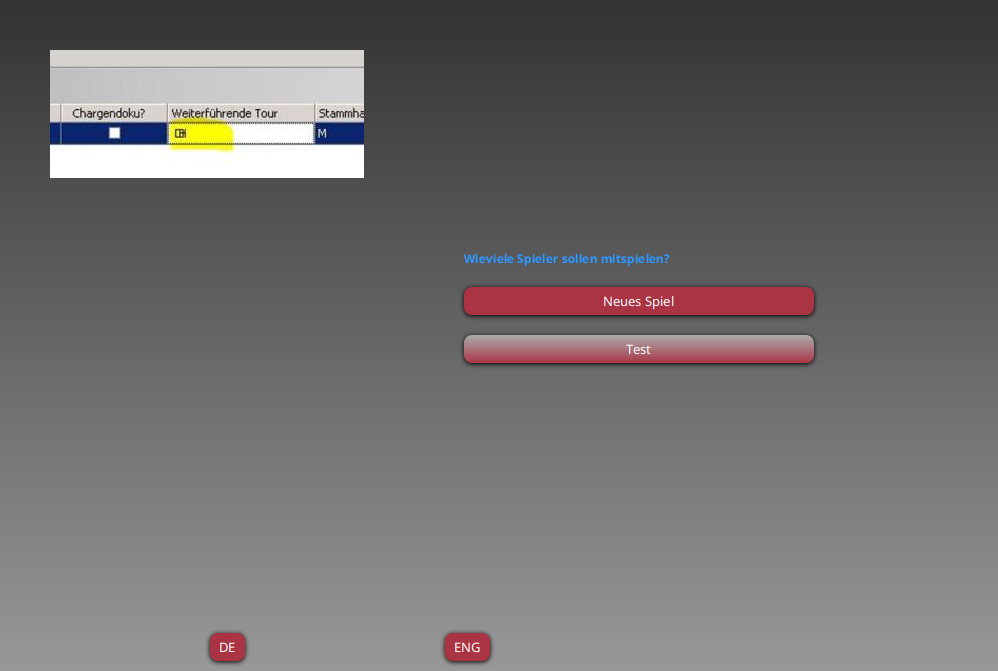
Repository: berger-designz/MenschAergereDichNicht
Program's window: java MenschAergereDichNicht/src/Game_GUI/GUI_Primary.java
The author's editor kept a copy of each file at every save. The program's window is drawn from the files as they stood at one save, then again after the next save.
It runs on Java 21 on a 1366 x 768 screen with JavaFX 11; the title bar is not drawn. It also reads MenschAergereDichNicht/src/style/test_pic_1.jpg.

Above is the program's window before, as saved 2016-05-25 13:39:57.

### MenschAergereDichNicht/src/Game_GUI/GUI_Primary.java
package Game_GUI;

import java.io.File;
import java.io.IOException;

import javafx.application.Application;
import javafx.application.Platform;
import javafx.collections.FXCollections;
import javafx.collections.ObservableList;
import javafx.event.EventHandler;
import javafx.fxml.FXMLLoader;
import javafx.geometry.Insets;
import javafx.scene.Scene;
import javafx.scene.control.Button;
import javafx.scene.control.Label;
import javafx.scene.control.ListView;
import javafx.scene.control.ToolBar;
import javafx.scene.image.Image;
import javafx.scene.image.ImageView;
import javafx.scene.layout.BorderPane;
import javafx.scene.layout.HBox;
import javafx.scene.layout.VBox;
import javafx.scene.paint.Color;
import javafx.scene.text.Font;
import javafx.scene.text.FontWeight;
import javafx.stage.Stage;
import javafx.stage.WindowEvent;

public class GUI_Primary extends Application
{

	private static Label top_label;
	private static Label bottom_label;
	private static Button gameStart_Button;
	private static Button test_button;
	private static Button lang_de_Button;
	private static Button lang_en_Button;
	private static ToolBar main_toolbar;

	public void startView(){
		// show GUI (JavaFX)
		String value = ""; // TODO: Welcher wert muss da sein ?
		launch(value);
		System.out.println("started");

	}

	@Override
	public void start(Stage stage) throws Exception
	{
		/*Image img1 = new Image ("test_pic_1.jpg");
		ImageView imgView1 = new ImageView(img1);*/
		Image img1 = new Image (new File("src/style/test_pic_1.jpg").toURI().toString());
		ImageView imgView1 = new ImageView(img1);

		/*Image img2 = new Image ("style/table.jpg", true);
		ImageView sub_image = new ImageView(img2);*/


		top_label = new Label("Wieviele Spieler sollen mitspielen?");
		top_label.setTextFill(Color.web("#2E9AFE"));
		top_label.setFont(Font.font("Verdana", FontWeight.BOLD, 12));

		bottom_label = new Label();
		bottom_label.setTextFill(Color.web("#2E9AFE"));
		bottom_label.setFont(Font.font("Verdana", FontWeight.BOLD, 12));





		gameStart_Button = new Button("Neues Spiel");
		gameStart_Button.setMaxSize(350, 0);
		test_button = new Button("Test");
		test_button.setMaxSize(350, 0);

		lang_de_Button = new Button("DE");
		lang_de_Button.setMaxWidth(350);
		lang_de_Button.setMaxWidth(Double.MAX_VALUE);
		lang_en_Button = new Button("ENG");
		lang_en_Button.setMaxSize(50, 0);
		lang_en_Button.setMaxWidth(Double.MAX_VALUE);

		VBox vbox = new VBox();
		vbox.getChildren().addAll(top_label, gameStart_Button, test_button);
		vbox.setPadding(new Insets(250, 50, 50, 50));
		vbox.setSpacing(20);


		HBox hbox_bottom = new HBox();
		hbox_bottom.getChildren().addAll(bottom_label, lang_de_Button, lang_en_Button);
		hbox_bottom.setSpacing(5);
		hbox_bottom.setPadding(new Insets(10, 10, 10, 10));
		hbox_bottom.setSpacing(200);

		HBox hbox_left = new HBox();
		hbox_left.getChildren().addAll(imgView1);
		hbox_left.setPadding(new Insets(50, 50, 50, 50));

		HBox hbox_right = new HBox();
		hbox_right.setPadding(new Insets(50, 50, 50, 50));

		BorderPane main_pane = new BorderPane();
		main_pane.setCenter(vbox);
		main_pane.setLeft(hbox_left);
		main_pane.setBottom(hbox_bottom);
		main_pane.setRight(hbox_right);

		Scene main_scene = new Scene(main_pane);
		main_scene.getStylesheets().add("style/style.css");

		stage.centerOnScreen();
		stage.setTitle("Game - Mensch ärgere Dich nicht");
		stage.setHeight(700);
		stage.setWidth(1000);
		stage.setScene(main_scene);
		stage.show();
		stage.setOnCloseRequest(new EventHandler<WindowEvent>() {
            public void handle(WindowEvent t) {
                Platform.exit();
                System.exit(0);
            }
        });



	}
	}

### MenschAergereDichNicht/src/style/style.css
.root {
	-fx-background-color: linear-gradient(#333333, #999999);
}

.button {
	-fx-background-color: #AA3344;
	-fx-text-fill: #FFFFFF;
	-fx-background-radius: 8,7,6;
    -fx-background-insets: 0,1,2;
    -fx-effect: dropshadow( three-pass-box , rgba(0,0,0,3) , 5, 0.0 , 0 , 1 );
}

.button:hover {
	-fx-background-color: linear-gradient(#AAAAAA, #AA3344);
	-fx-text-fill: #FFFFFF;
	-fx-border-radius: 5;
}

.button:pressed {
    -fx-effect: dropshadow( gaussian , rgba(0,0,0,0.7) , 10,0,0,1 );
    -fx-effect: innershadow( gaussian , rgba(0,0,0,0.7) , 20,0,0,0 );
}

.text-field {
	-fx-border-color: #AAAAAA;
	-fx-border-width: 2px;
}

.list-view {
	-fx-font: bold 12pt "Comic Sans MS";
}

.list-view *.scroll-bar:vertical {
    -fx-background-color: #AA3344;
    -fx-background-radius: 5;
}

.list-view:hover *.scroll-bar:vertical {
    -fx-background-color: linear-gradient(#AAAAAA, #AA3344);
    -fx-background-radius: 5;
}

After the next save:
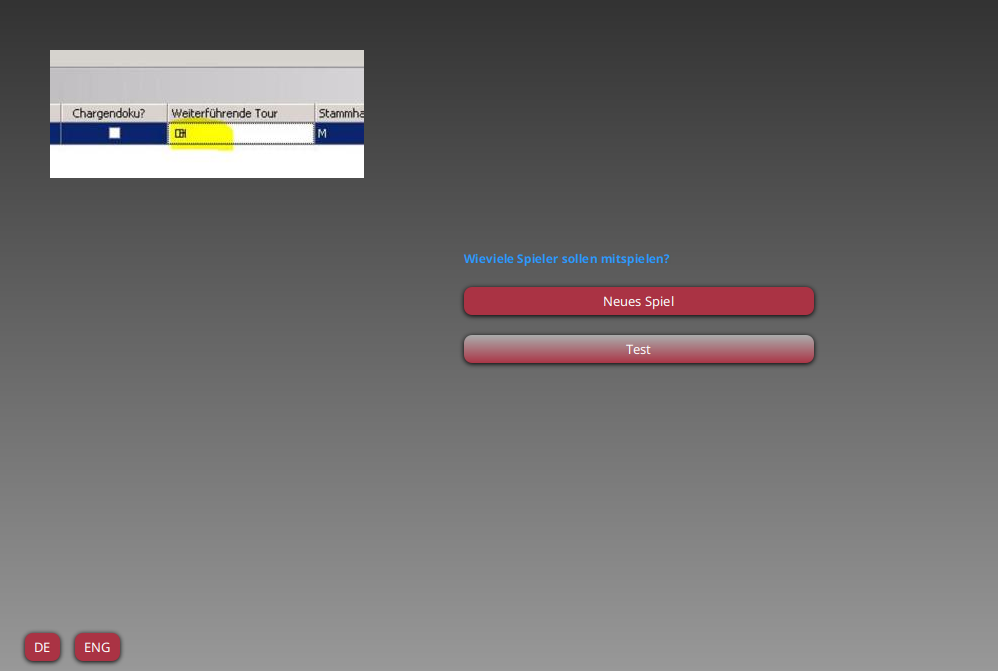
Saved 18 s later.
--- a/MenschAergereDichNicht/src/Game_GUI/GUI_Primary.java
+++ b/MenschAergereDichNicht/src/Game_GUI/GUI_Primary.java
@@ -91,7 +91,7 @@
 		hbox_bottom.getChildren().addAll(bottom_label, lang_de_Button, lang_en_Button);
 		hbox_bottom.setSpacing(5);
 		hbox_bottom.setPadding(new Insets(10, 10, 10, 10));
-		hbox_bottom.setSpacing(200);
+		hbox_bottom.setSpacing(15);
 
 		HBox hbox_left = new HBox();
 		hbox_left.getChildren().addAll(imgView1);
